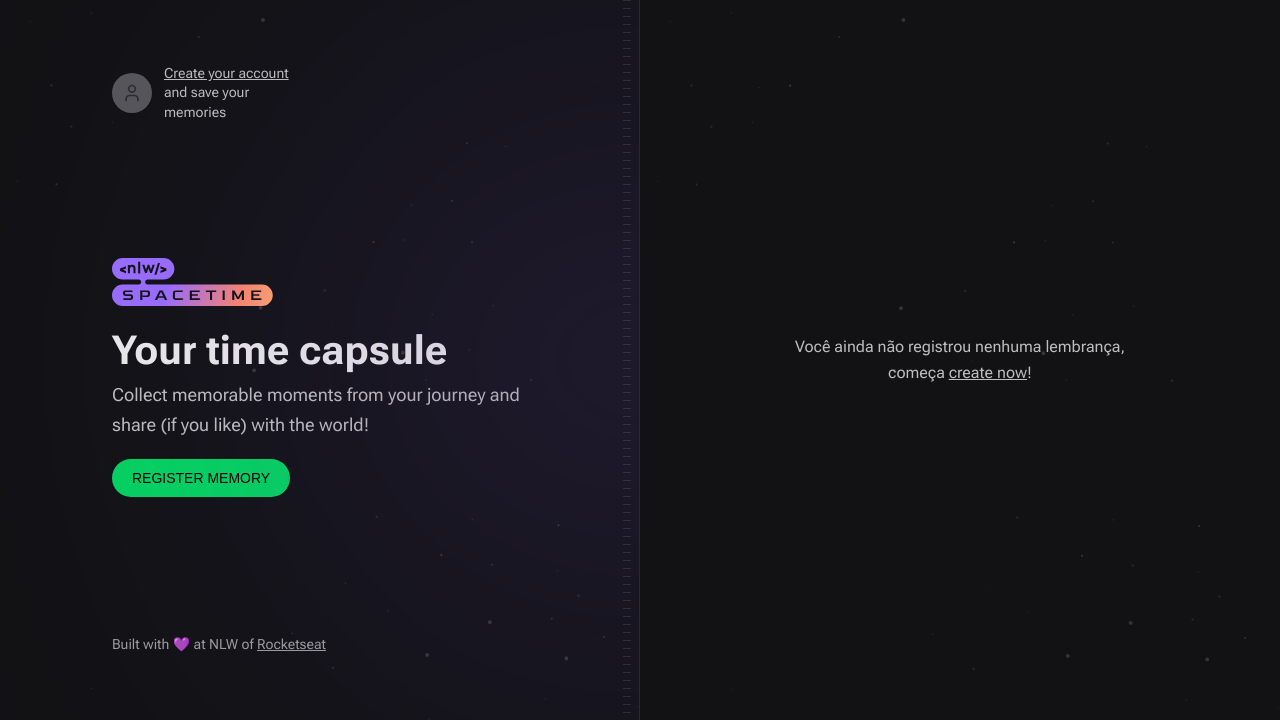
Repository: alexandrecpedro/spacetime
Page: / (app in frontend/)
The author's editor kept a copy of each file at every save. The page is drawn from the files as they stood at one save, then again after a run of saves.
The browser window is 1280 px wide. The pictures show the whole page.
Some web fonts or font styles are not loaded; a fallback is used. The project was rebuilt for these pictures with package versions that can differ from the ones it lists, and the page was loaded fresh each time. The framework's server and built-in components were replaced by stand-ins that run in the browser. Also part of the build but not shown: frontend/next.config.js.

Above is the page before, as saved 2023-05-16 21:34:43.

### frontend/src/app/layout.tsx
import './globals.css'
import { ReactNode } from 'react'
import {
  Roboto_Flex as Roboto,
  Bai_Jamjuree as BaiJamjuree,
} from 'next/font/google'
import { NextFontWithVariable } from 'next/dist/compiled/@next/font'

const roboto: NextFontWithVariable = Roboto({
  subsets: ['latin'],
  variable: '--font-roboto',
})

const baiJamjuree: NextFontWithVariable = BaiJamjuree({
  subsets: ['latin'],
  weight: '700',
  variable: '--font-bai-jamjuree',
})

export const metadata = {
  title: 'NLW Spacetime',
  description:
    'A time capsule built with React, Next.js, TailwindCSS and Typescript.',
}

export default function RootLayout({ children }: { children: ReactNode }) {
  return (
    <html lang="en">
      <body
        className={`${roboto.variable} ${baiJamjuree.variable} bg-gray-900 font-sans text-gray-100`}
      >
        {children}
      </body>
    </html>
  )
}

### frontend/src/app/page.tsx
import { User } from 'lucide-react'

import nlwLogo from '../assets/nlw-spacetime-logo.svg'
import Image from 'next/image'

export default function Home() {
  return (
    <main className="grid min-h-screen grid-cols-2">
      {/* Left */}
      <div className="relative flex flex-col items-start justify-between overflow-hidden border-r border-white/10 bg-[url(../assets/bg-stars.svg)] bg-cover px-28 py-16">
        {/* Blur */}
        <div className="absolute right-0 top-1/2 h-[288px] w-[526px] -translate-y-1/2 translate-x-1/2 rounded-full bg-purple-700 opacity-50 blur-full" />

        {/* Stripes */}
        <div className="absolute bottom-0 right-2 top-0 w-2 bg-stripes" />

        {/* Sign In */}
        <a
          href=""
          className="flex items-center gap-3 text-left transition-colors hover:text-gray-50"
        >
          <div className="flex h-10 w-10 items-center justify-center rounded-full bg-gray-400">
            <User className="h-5 w-5 text-gray-500" />
          </div>

          <p className="max-w-[140px] text-sm leading-snug">
            <span className="underline">Create your account</span> and save your
            memories
          </p>
        </a>

        {/* Hero */}
        <div className="space-y-5">
          <Image src={nlwLogo} alt="NLW Spacetime" />

          <div className="max-w-[420px] space-y-1">
            <h1 className="text-5xl font-bold leading-tight text-gray-50">
              Your time capsule
            </h1>
            <p className="text-lg leading-relaxed">
              Collect memorable moments from your journey and share (if you
              like) with the world!
            </p>
          </div>

          <a
            className="inline-block rounded-full bg-green-500 px-5 py-3 font-alt text-sm uppercase leading-none text-black hover:bg-green-600"
            href=""
          >
            REGISTER MEMORY
          </a>
        </div>

        {/* Copyright */}
        <div className="text-sm leading-relaxed text-gray-200">
          Built with 💜 at NLW of{' '}
          <a
            target="_blank"
            rel="noreferrer"
            className="underline hover:text-gray-100"
            href="https://rocketseat.com.br"
          >
            Rocketseat
          </a>
        </div>
      </div>

      {/* Right */}
      <div className="flex flex-col bg-[url(../assets/bg-stars.svg)] bg-cover p-16">
        <div className="flex flex-1 items-center justify-center">
          <p className="w-[360px] text-center leading-relaxed">
            Você ainda não registrou nenhuma lembrança, começa{' '}
            <a href="" className="underline hover:text-gray-50">
              create now
            </a>
            !
          </p>
        </div>
      </div>
    </main>
  )
}

Loaded but not shown: frontend/src/app/globals.css (common file); frontend/tailwind.config.js (common file)

After the next 2 saves:
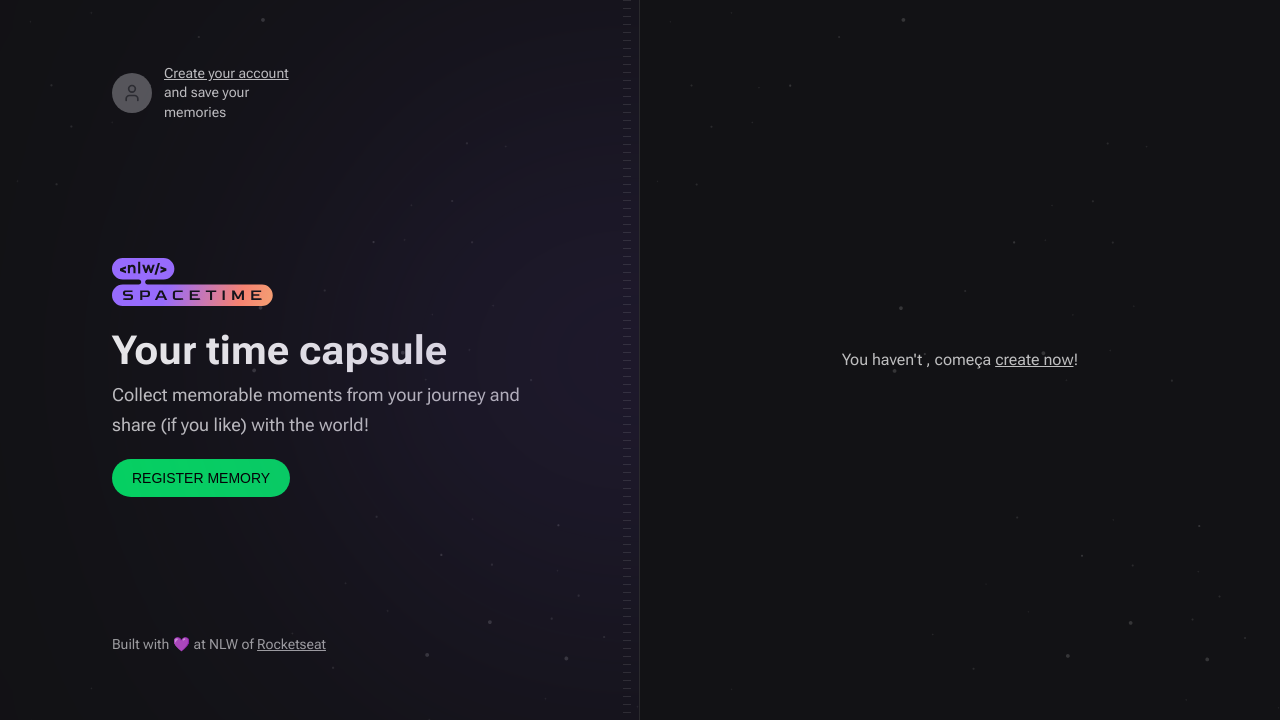
The 2 saves are shown as one change because they came seconds apart.
The last was saved 24 s later.
--- a/frontend/src/app/page.tsx
+++ b/frontend/src/app/page.tsx
@@ -69,7 +69,7 @@ export default function Home() {
       <div className="flex flex-col bg-[url(../assets/bg-stars.svg)] bg-cover p-16">
         <div className="flex flex-1 items-center justify-center">
           <p className="w-[360px] text-center leading-relaxed">
-            Você ainda não registrou nenhuma lembrança, começa{' '}
+            You haven't , começa{' '}
             <a href="" className="underline hover:text-gray-50">
               create now
             </a>
